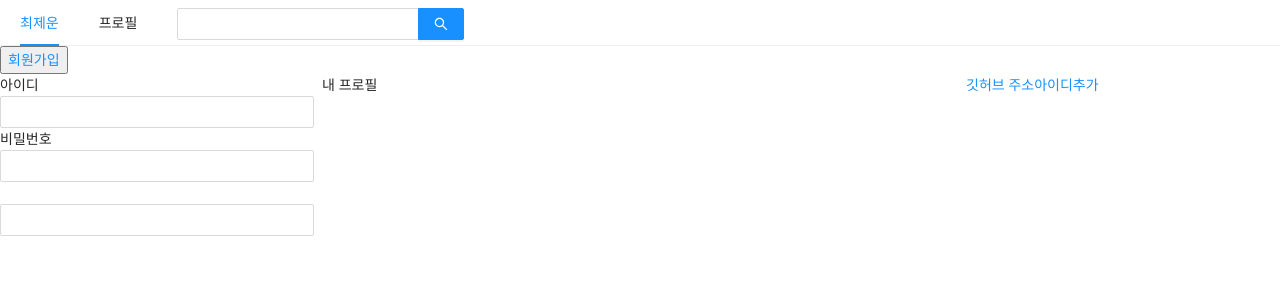
Repository: chlwpdnswku/zerochonext
Page: /profile (app in front/)
These files come from the project's save history. The page is drawn as it stood at one moment and after a run of saves; the edit follows.
The browser window is 1280 px wide. The page is 1284 px wide, so the pictures cover 1284 px, including what lies to the right of the window. The pictures show the whole page.
The project was rebuilt for these pictures with package versions that can differ from the ones it lists, and the page was loaded fresh each time. The framework's server and built-in components were replaced by stand-ins that run in the browser. Also part of the build but not shown: front/components/UserProfile.js.

Above is the page before, as saved 2022-08-28 08:28:36.

### front/pages/_app.js
import React from 'react';
import Head from 'next/head';
import PropTypes from 'prop-types';
import 'antd/dist/antd.css';

const NodeBird = ({ Component }) => {
  return (
    <>
      <Head>
        <meta charSet='utf-8' />
        <title>NodeBird</title>
      </Head>
      <Component />
    </>
  );
};

NodeBird.propTypes = {
  Component: PropTypes.elementType.isRequired,
};

export default NodeBird;

### front/pages/profile.js
import React from 'react';
import Head from 'next/head';

import AppLayout from '../components/AppLayout';

const Profile = () => (
  <AppLayout>
    <Head>
      <title>NodeBird</title>
    </Head>
    <div>내 프로필</div>
  </AppLayout>
);

export default Profile;

### front/components/AppLayout.js
import React, { useState } from 'react';
import Link from 'next/link';
import { Menu, Input, Button, Row, Col } from 'antd';
import PropTypes from 'prop-types';
import UserProfile from './UserProfile';
import LoginForm from './LoginForm';

function AppLayout({ children }) {
  const [login, setLogin] = useState(false);

  return (
    <div>
      <Menu mode='horizontal'>
        <Menu.Item key='home'>
          <Link href='/'>
            <a>최제운</a>
          </Link>
        </Menu.Item>
        <Menu.Item key='profile'>
          <Link href='/profile'>
            <a>프로필</a>
          </Link>
        </Menu.Item>
        <Menu.Item key='mail'>
          <Input.Search
            enterButton
            style={{
              verticalAlign: 'middle',
            }}
          />
        </Menu.Item>
      </Menu>
      <Link href='/signup'>
        <a>
          <button>회원가입</button>
        </a>
      </Link>
      <Row gutter={8}>
        <Col xs={24} md={6}>
          {/* Login 구분 */}
          {login ? <UserProfile /> : <LoginForm />}
        </Col>
        <Col xs={24} md={12}>
          {' '}
          {children}
        </Col>
        <Col xs={24} md={6}>
          <a
            href='http://www.naver.com'
            target='_blank'
            rel='noreferrer noopener'
          >
            깃허브 주소아이디추가
          </a>
        </Col>
      </Row>
    </div>
  );
}
AppLayout.propTypes = {
  children: PropTypes.node.isRequired,
};

export default AppLayout;

### front/components/LoginForm.js
import React, { useState } from 'react';
import { Button, Form, Input } from 'antd';

function LoginForm() {
  const [id, setId] = useState('');
  const [password, setPassword] = useState('');
  const [passwordCheck, setPassWordCheck] = useState('');
  return (
    <Form>
      <div>
        <label htmlFor='user-id'>아이디</label>
        <br />
        <Input name='user-id' value={id} onChange={setId} required />
      </div>

      <div>
        <label
          htmlFor='user-password'
          value={password}
          onChange={setPassword}
          type='password'
          required
        >
          비밀번호
        </label>
        <br />
        <Input name='user-id' />
      </div>
      <div>
        <label htmlFor='user-id'></label>
        <br />
        <Input name='user-id' />
      </div>
      <div>
        <Button type='primary' htmlType='submit'></Button>
      </div>
    </Form>
  );
}

export default LoginForm;

Loaded but not shown: front/pages/_document.js (common file)

After the next 2 saves:
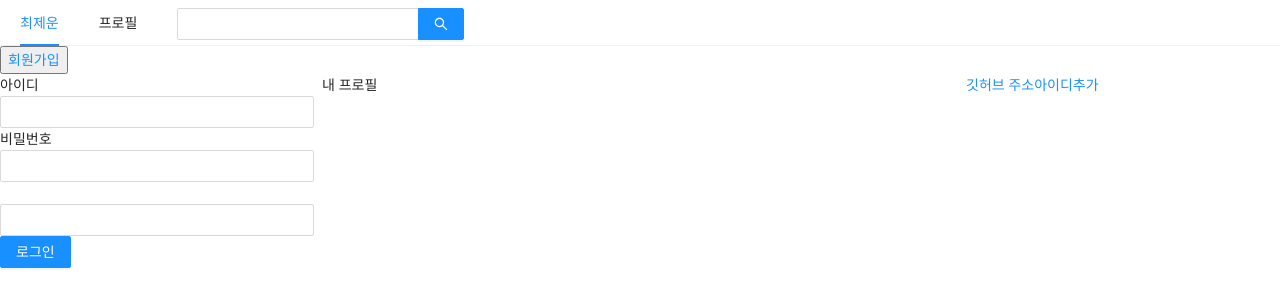
The 2 saves are shown as one change because they came seconds apart.
The last was saved 18 s later.
--- a/front/components/LoginForm.js
+++ b/front/components/LoginForm.js
@@ -1,5 +1,6 @@
 import React, { useState } from 'react';
 import { Button, Form, Input } from 'antd';
+import Link from 'next/link';
 
 function LoginForm() {
   const [id, setId] = useState('');
@@ -32,7 +33,12 @@ function LoginForm() {
         <Input name='user-id' />
       </div>
       <div>
-        <Button type='primary' htmlType='submit'></Button>
+        <Button type='primary' htmlType='submit'>
+          로그인
+        </Button>
+        <Link>
+          <a></a>
+        </Link>
       </div>
     </Form>
   );
